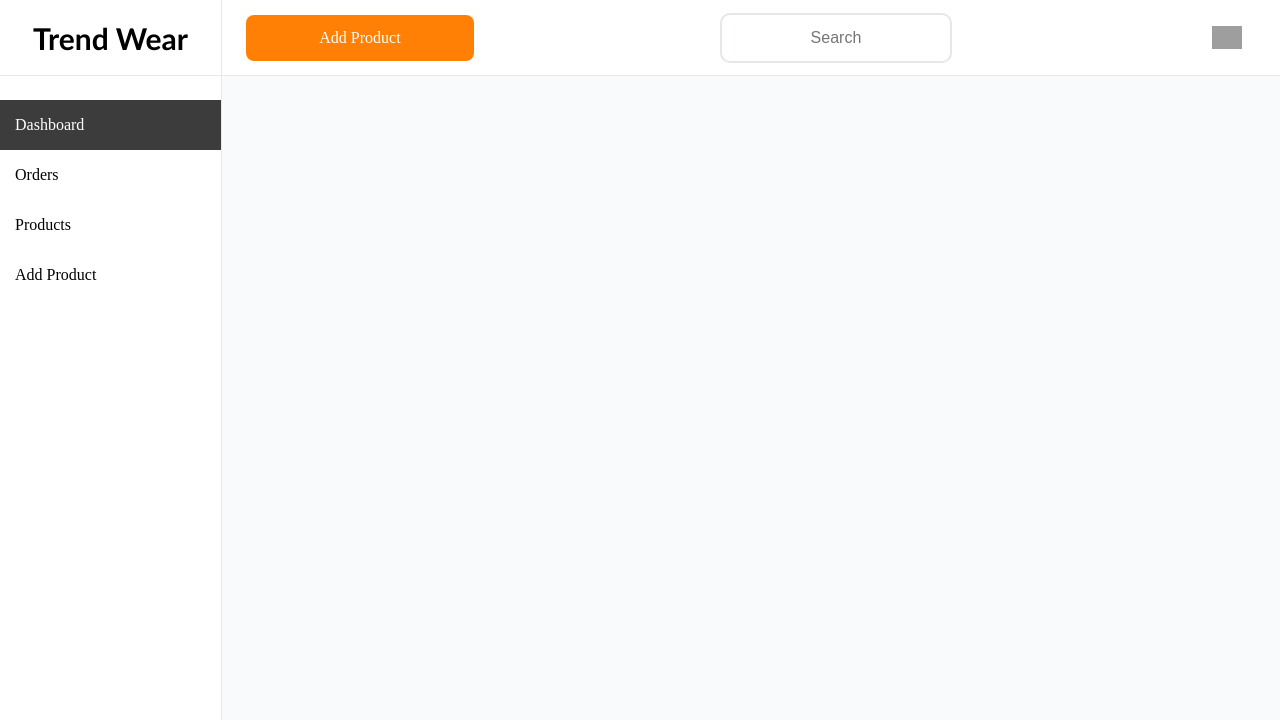
Repository: ahmad-dev7/TrendWear
Page: / (app in trend_wear_dashboard/)
The author's editor kept a copy of each file at every save. The page is drawn from the files as they stood at one save, then again after the next save.
The browser window is 1280 px wide. The pictures show the whole page.
Pictures or frames that could not be fetched are drawn as grey boxes. The project was rebuilt for these pictures with package versions that can differ from the ones it lists, and the page was loaded fresh each time. Also part of the build but not shown: trend_wear_dashboard/vite.config.ts.

Above is the page before, as saved 2025-01-19 19:39:01.

### trend_wear_dashboard/index.html
<!doctype html>
<html lang="en">

<head>
  <meta charset="UTF-8" />
  <link rel="icon" type="image/svg+xml" href="/vite.svg" />
  <meta name="viewport" content="width=device-width, initial-scale=1.0" />
  <title>Trend Wear</title>
</head>

<body>
  <div id="root"></div>
  <script type="module" src="/src/main.tsx"></script>
</body>

</html>

### trend_wear_dashboard/src/main.tsx
import { StrictMode } from "react";
import { createRoot } from "react-dom/client";
//import "bootstrap/dist/css/bootstrap.css";
import "./App.css";
import App from "./App.tsx";

createRoot(document.getElementById("root")!).render(
  <StrictMode>
    <App />
  </StrictMode>
);

### trend_wear_dashboard/src/App.css
body {
    background-color: #F9FAFB;
    padding: 0px;
    margin: 0px;

}

#parent {
    display: flex;
}

.test {
    background-color: red;
    height: 500px;
    width: 100%;
}

### trend_wear_dashboard/src/App.tsx
import Navbar from "./Navbar/Navbar";
import Sidebar from "./Sidebar/Sidebar";

function App() {
  return (
    <div id="parent">
      <Sidebar />
      <Navbar />
    </div>
  );
}

export default App;

### trend_wear_dashboard/src/Navbar/Navbar.tsx
import "./Navbar.css";

const Navbar = () => {
  return (
    <>
      <div id="top-navbar">
        <div className="nav-item add-product-button">Add Product</div>
        <input className="nav-item" placeholder="Search"></input>
        <img
          src="/public/bell-icon.png"
          alt="Alerts icon"
          className="icon nav-item"
        />
      </div>
      <div id="content-body"></div>
    </>
  );
};

export default Navbar;

### trend_wear_dashboard/src/Sidebar/Sidebar.tsx
import "./Sidebar.css";
import SidebarContent from "./SidebarContent";

const Sidebar = () => {
  var tabs = ["Dashboard", "Orders", "Products", "Add Product"];

  const handleSelectTab = (tab: string) => {
    console.log(tab);
  };

  return (
    <div id="sidebar">
      <div className="header">Trend Wear</div>
      <ul id="sidebar-content">
        <SidebarContent tabs={tabs} onSelectTab={handleSelectTab} />
      </ul>
    </div>
  );
};

export default Sidebar;

### trend_wear_dashboard/src/Navbar/Navbar.css
/* Navbar.css */
#top-navbar {
    display: flex;
    justify-content: space-between;
    align-items: center;
    padding: 0 24px;
    background-color: white;
    height: 75px;
    width: 100%;
    border-bottom: 1px solid #e5e7eb;
}

.nav-item {
    font-size: 16px;
    color: #333;
    width: 200px;
    text-align: center;
    border-radius: 8px;
    padding: 14px;
    text-decoration: none;
}


.add-product-button {
    color: white;
    background-color: #ff8005;

}

#top-navbar input {
    border: none;
    outline: 2px solid #e5e7eb;
}


#top-navbar img {
    height: 30px;
    width: 30px;
    object-fit: contain;
    align-items: end;

}

### trend_wear_dashboard/src/Sidebar/sidebar.css
/* Sidebar body */
#sidebar {
    background-color: white;
    width: 280px;
    height: 100vh;
    border-right: 1px solid #e5e7eb;
}

/* Header with title [Trend Wear] */
#sidebar .header {
    display: flex;
    justify-content: center;
    align-items: center;
    height: 75px;
    font-size: 30px;
    font-weight: bold;
    font-family: 'Gill Sans', 'Gill Sans MT', Calibri, 'Trebuchet MS', sans-serif;
    padding: 0 24px;
    background-color: white;
    text-align: center;
    border-bottom: 1px solid #e5e7eb;
}

#sidebar-content {
    list-style-type: none;
    margin-top: 24px;
    padding: 0px;
    cursor: pointer;
}

#sidebar-content .tab {
    height: 50px;
    color: black;
    display: flex;
    align-items: center;
    justify-content: flex-start;
    padding-left: 15px;
}

#sidebar-content .active {
    background-color: #3c3c3c;
    color: white;
}

#sidebar-content .tab:hover:not(.active) {
    background-color: #eaeaea;
}

### trend_wear_dashboard/src/Sidebar/SidebarContent.tsx
import "./Sidebar.css";
import { useState } from "react";

interface Props {
  tabs: string[];
  onSelectTab: (tab: string) => void;
}

const SidebarContent = ({ tabs, onSelectTab }: Props) => {
  const [active, setTab] = useState("Dashboard");
  return (
    <>
      {tabs.map((tab) => (
        <li
          key={tab}
          className={"tab " + (tab == active && "active")}
          onClick={() => {
            setTab(tab);
            onSelectTab(tab);
          }}
        >
          {tab}
        </li>
      ))}
    </>
  );
};

export default SidebarContent;

After the next save:
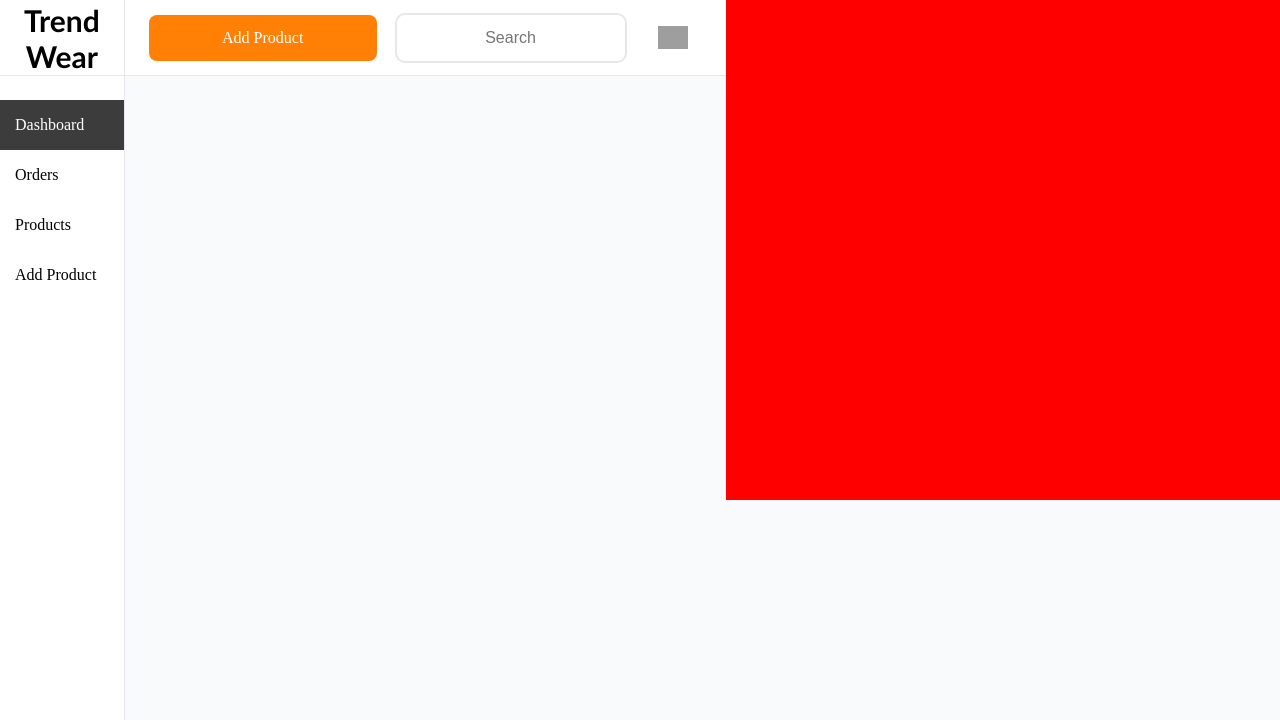
Saved 28 s later.
--- a/trend_wear_dashboard/src/Navbar/Navbar.css
+++ b/trend_wear_dashboard/src/Navbar/Navbar.css
@@ -40,3 +40,9 @@
     align-items: end;
 
 }
+
+#content-body {
+    height: 500px;
+    width: 100%;
+    background-color: red;
+}
